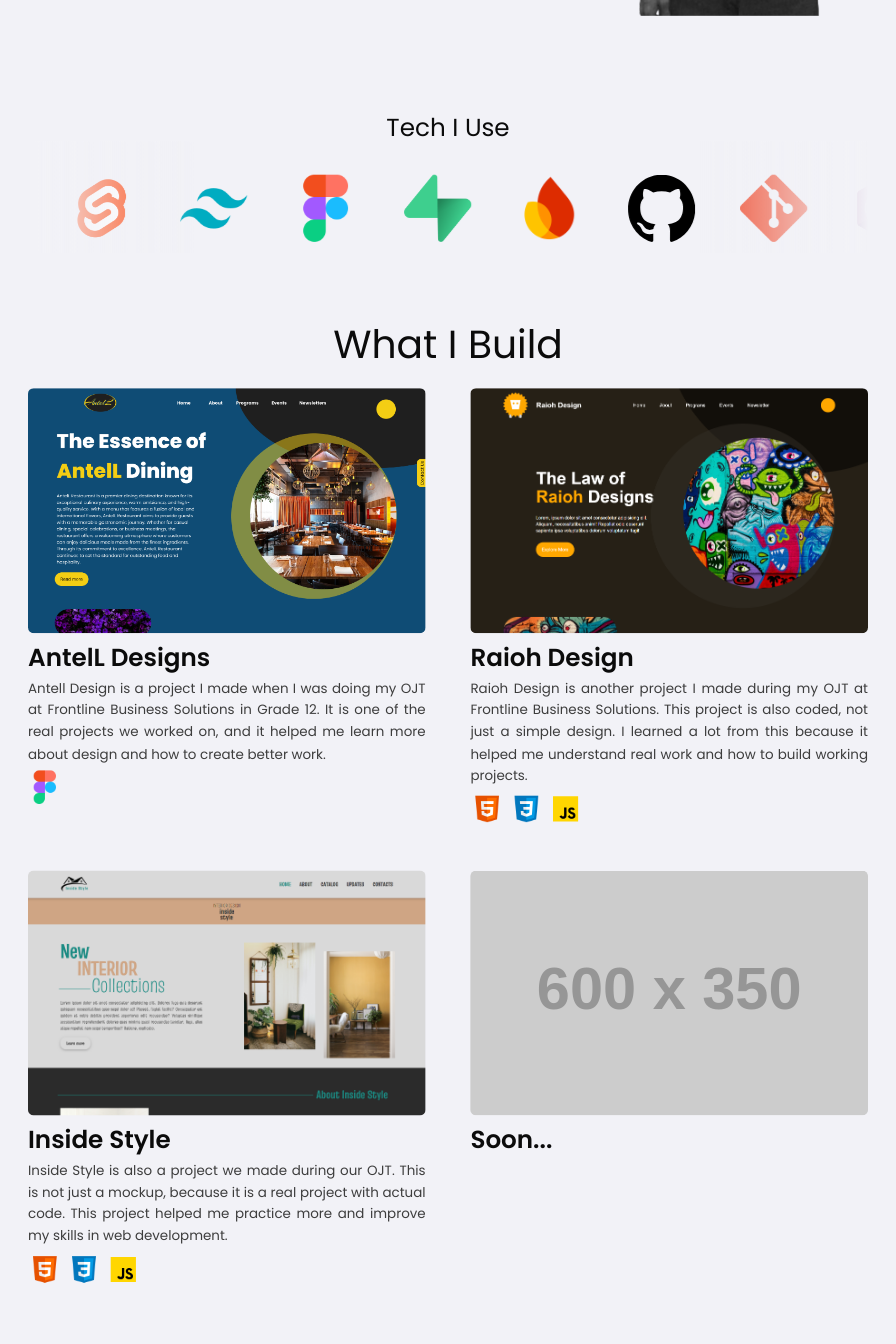
Repository: Latrell26/Portfolio-schoolProject
Page: /
These files come from the project's save history. The page is drawn as it stood at one moment and after the next save; the edit follows.
The browser window is 1280 px wide. The pictures show the part of the page from y = 1371 to 3291 px (the page is 4311 px tall before and 6180 px after), at 70% of full size.
The project was rebuilt for these pictures with package versions that can differ from the ones it lists, and the page was loaded fresh each time. Also part of the build but not shown: svelte.config.js, vite.config.js.

Above is the page before, as saved 2026-01-02 21:45:50.

### index.html
<!doctype html>
<html lang="en">
  <head>
    <meta charset="UTF-8" />
    <link rel="icon" type="image/svg+xml" href="/vite.svg" />
    <meta name="viewport" content="width=device-width, initial-scale=1.0" />
    <title>my-portfolio</title>
    <link rel="preconnect" href="https://fonts.googleapis.com">
<link rel="preconnect" href="https://fonts.gstatic.com" crossorigin>
<link href="https://fonts.googleapis.com/css2?family=Poppins:ital,wght@0,100;0,200;0,300;0,400;0,500;0,600;0,700;0,800;0,900;1,100;1,200;1,300;1,400;1,500;1,600;1,700;1,800;1,900&display=swap" rel="stylesheet">
 <link
    rel="stylesheet"
    href="https://cdnjs.cloudflare.com/ajax/libs/font-awesome/6.5.0/css/all.min.css"
  />
  </head>
  <body>
    <div id="app"></div>
    <script type="module" src="/src/main.js"></script>
  </body>
</html>

### src/app.css
@import "tailwindcss";

@theme {
  --color-dark: var(--dark);
  --color-medyolight: var(--medyolight);
  --color-light: var(--light);
}

:root {
  font-family: poppins;
  line-height: 1.5;
  font-weight: 400;
  color-scheme: light dark;
  color: #0B0B0B;
  background-color: #F2F2F7;
  font-synthesis: none;
  text-rendering: optimizeLegibility;
  -webkit-font-smoothing: antialiased;
  -moz-osx-font-smoothing: grayscale;
  --dark: #0B0B0B;
  --light: #F2F2F7;
  --medyolight: #3D3D3D;
  --light_bg: #F2F2F7;

  --tooltip-bg: var(--dark);
  --tooltip-text: var(--light);
  --tooltip-border: var(--dark);
}

.dark-mode {
  --dark: #0B0B0B;
  --medyolight: #E0E0E0;
  --light: #F2F2F7;
  --light_bg: #0B0B0B;
}

.dark-mode {
  background-color: var(--dark);
  color: var(--light);
  border-top-color: var(--light);
}

html{
  scroll-behavior: smooth;
  transition: color 0.3s ease;

}
h1 {
  font-size: clamp(4rem, 7vw, 8rem);
  font-weight: 700;
  line-height: 1.1;
}
h2 {
  font-size: clamp(2rem, 6vw, 3.5rem);
  line-height: 1.1;
}
h3 {
  font-size: clamp(2rem, 6vw, 2.2rem);
  line-height: 1.1;
}
h4 {
  font-size: clamp(1rem, 6vw, 2rem);
  line-height: 1.1;
}
h5{
  font-size: clamp(2rem, 3vw, 2.5rem);
}
p{
  font-size: clamp(1rem, 6vw, 1.2rem);
  color: var(--medyolight);
}

span{
  color: var(--light);
}

.border-light {
  border-color: transparent;
}
.border-t-light {
  border-top-color: var(--dark);
}

@keyframes slide {
    from {
      transform: translateX(-100%);
    }
    to {
      transform: translateX(0);
    }
  }

### src/App.svelte
<script>
  import svelteLogo from "./assets/svelte.svg";
  import viteLogo from "/vite.svg";
  import NavBar from "./lib/navBar.svelte";
  import Footer from "./lib/footer.svelte";
  import * as img from "./imagedata.js";
  import { projects } from "./lib/arrayObjectsData.js";
  import ProjectCard from "./lib/components-cards.svelte";
  const icons = [
    { src: img.csharplogo, name: "C#" },
    { src: img.csslogo, name: "CSS" },
    { src: img.htmllogo, name: "HTML" },
    { src: img.javalogo, name: "Java" },
    { src: img.jslogo, name: "JavaScript" },
    { src: img.pythonlogo, name: "Python" },
    { src: img.sveltelogo, name: "Svelte" },
    { src: img.tailwindlogo, name: "Tailwind CSS" },
    { src: img.figmalogo, name: "Figma" },
    { src: img.supabaselogo, name: "Supabase" },
    { src: img.firebaselogo, name: "Firebase" },
    { src: img.github, name: "GitHub" },
    { src: img.gitlogo, name: "Git" },
  ];
</script>

<main class="max-w-330 mx-auto pt-2 px-4 lg:px-10 duration-300">
  <NavBar />
  <section
    class="h-screen flex flex-col justify-center items-center text-center"
    id="home"
  >
    <div>
      <h1 class="font-bold">Latrell Cruz</h1>
      <p class=" text-lg max-w-2xl">
        Aspiring Front-End Developer and senior high school student focused on
        building clean, responsive websites.
      </p>
    </div>

    <div class="flex flex-row gap-4 mt-4 justify-center items-center">
      <a href="https://www.facebook.com/share/1Da6x7yam2/">
        <i class="fa-brands fa-facebook text-[2.7rem] hover:text-[#1877F2] duration-300"></i>
      </a>
      <a href="https://www.linkedin.com/in/latrell-cruz-a11975387/">
        <i class="fa-brands fa-linkedin text-[2.8rem] hover:text-[#0A66C2] duration-300"></i>
      </a>
      <a href="https://github.com/Latrell26">
        <i class="fa-brands fa-github text-[2.8rem] duration-300"></i>
      </a>
    </div>
  </section>

  <section class="mb-35 pt-10" id="about">
    <div class="flex flex-wrap justify-between items-center">
      <div class="flex flex-col">
        <h2 class="mb-6">About me</h2>
        <div class="max-w-[50rem] leading-10 flex-1 text-justify">
          <p>
            Hey there! I'm Latrell Cruz from Brgy. San Nicolas, San Pablo City.
            I love making digital experiences that are easy to use and fun to
            interact with.
          </p>
          <p class="mt-4">
            I’m currently a 1st year student at LSPU San Pablo Campus, studying
            Information Technology. I’ve always been interested in technology
            and design, which made me focus on front-end development and UI/UX.
            I enjoy mixing creativity with coding to build websites and apps
            that people like and find useful.
          </p>
          <p class="mt-4">
            I am also part of OCTA, an organization in LSPU, where I belong to
            the Software Engineering as part of the Front-End team.
            Being part of OCTA helps me gain real experience, work with other
            developers, and improve my skills even more.
          </p>
        </div>
      </div>
      <img src={img.me} alt="me" class="hidden xl:block w-auto h-auto" />
    </div>
  </section>
  <section class="mb-5">
    <h3 class="flex justify-center items-center">Tech I Use</h3>
    <div class="relative overflow-hidden py-4 pt-12">
      <div
        class="pointer-events-none absolute inset-0 z-10
          bg-[linear-gradient(to_right,var(--light_bg)_0%,transparent_20%,transparent_80%,var(--light_bg)_100%)]
          "
      ></div>

      <div class="flex animate-[slide_26s_linear_infinite] gap-8 md:gap-16">
  <div class="flex gap-8 md:gap-16 flex-none">
    {#each icons as icon}
      <div class="relative group">
        <img
          src={icon.src}
          alt={icon.name}
          class="flex-none
                 h-12 w-12 sm:h-16 sm:w-16 md:h-24 md:w-24
                 transition-transform duration-300 ease-out
                 group-hover:scale-110 group-hover:-translate-y-2
                 cursor-pointer"
        />

        <span
          class="tooltip absolute bottom-full left-1/2 -translate-x-1/2 mb-3
                 px-3 sm:px-4 py-1 sm:py-2 text-xs sm:text-sm font-medium
                 rounded-lg opacity-0 group-hover:opacity-100
                 pointer-events-none whitespace-nowrap
                 transition-opacity duration-300 ease-out shadow-lg"
        >
          {icon.name}
          <span
            class="absolute top-full left-1/2 -translate-x-1/2
                   border-4 sm:border-8 border-light border-t-light"
          ></span>
        </span>
      </div>
    {/each}
  </div>

  <div class="flex gap-8 md:gap-16 flex-none">
    {#each icons as icon}
      <div class="relative group">
        <img
          src={icon.src}
          alt={icon.name}
          class="flex-none
                 h-12 w-12 sm:h-16 sm:w-16 md:h-24 md:w-24
                 transition-transform duration-300 ease-out
                 group-hover:scale-110 group-hover:-translate-y-2
                 cursor-pointer"
        />

        <span
          class="tooltip absolute bottom-full left-1/2 -translate-x-1/2 mb-3
                 px-3 sm:px-4 py-1 sm:py-2 text-xs sm:text-sm font-medium
                 rounded-lg opacity-0 group-hover:opacity-100
                 pointer-events-none whitespace-nowrap
                 transition-opacity duration-300 ease-out shadow-lg"
        >
          {icon.name}
          <span
            class="absolute top-full left-1/2 -translate-x-1/2
                   border-4 sm:border-8 border-light border-t-light"
          ></span>
        </span>
      </div>
    {/each}
  </div>
</div>

      </div>
  </section>

  <section class="mb-70 pt-20" id="projects">
    <h2 class="text-center mb-8">What I Build</h2>
    <div class="flex flex-wrap justify-center">
      <div class="grid grid-cols-1 lg:grid-cols-2 gap-16">
        {#each projects as project}
          <ProjectCard
            image={project.image}
            title={project.title}
            text={project.text}
            logo={project.logo || []}
            url={project.url}
          />
        {/each}
      </div>
    </div>
  </section>
  <section id="contact" class="pt-20">
    <Footer />
  </section>
</main>

<style>
  .tooltip {
    background-color: #0b0b0b;
    color: #f2f2f7;
    border-color: #0b0b0b;
  }

  .tooltip span {
    border-top-color: #0b0b0b;
  }

  :global(.dark-mode) .tooltip {
    background-color: #f2f2f7;
    color: #0b0b0b;
    border-color: #f2f2f7;
  }

  :global(.dark-mode) .tooltip span {
    border-top-color: #f2f2f7;
  }
</style>

### src/lib/footer.svelte
    <script>
    import * as img from "../imagedata.js";
    </script>

    <footer class="" >
    <div class="max-w-7xl mx-auto">

        <div class="max-w-2xl">

        <h2 class="">Let's work together</h2>

        <form class="mt-10 space-y-8">
            <div>
            <p class="">Name</p>
            <input
                type="text"
                required
                placeholder="Yourname"
                class="w-full px-0 py-2 bg-transparent border-b-2
                    focus:outline-none
                    placeholder-medyolight"
            />
            </div>

            <div>
            <p class="">Email</p>
            <input
                type="email"
                required
                placeholder="your.email@example.com"
                class="w-full px-0 py-2 bg-transparent border-b-2
                    focus:outline-none
                    placeholder-medyolight"
            />
            </div>
            <div>
            <p class="">Message</p>
            <textarea
                required
                rows="3"
                placeholder="Say hello..."
                class="w-full px-0 py-2 bg-transparent border-b-2
                    focus:outline-none
                    resize-none placeholder-medyolight"
            ></textarea>
            </div>

            <button
            type="submit"
            class="px-8 py-4 bg-dark rounded-lg text-light cursor-pointer hover:bg-light border-1  hover:text-dark duration-400 ease-out"
            >
            Send message
            </button>
        </form>

        <div class="flex flex-row items-center gap-4 mt-16">
            <a
            href="https://www.facebook.com/share/1Da6x7yam2/"
            >
            <i class="fa-brands fa-facebook text-[2.2rem] hover:text-[#1877F2] duration-300"></i>

            </a>
            <a
            href="https://www.linkedin.com/in/latrell-cruz-a11975387/"
            >
            <i class="fa-brands fa-linkedin text-[2.3rem] hover:text-[#0A66C2] duration-300"></i>

            </a>
            <a
            href="https://github.com/Latrell26"
            >
            <i class="fa-brands fa-github text-[2.3rem] duration-300"></i>
            </a>
        </div>


        <div class="mt-16 mb-8">
            <h6 class="text-sm text-medyolight">© 2025 Latrell Cruz. All rights reserved.</h6>
        </div>

        </div>
    </div>
    </footer>

### src/lib/components-cards.svelte
<script>
    export let image = "";
    export let title = "";
    export let text = "";
    export let logo = [];
    export let url = "#";

    let isDisabled = title === "Soon...";
</script>

<div class="group">
    <a
        href={isDisabled ? "#" : url}
        target="_blank"
        rel="noopener noreferrer"
        class={`block ${isDisabled ? 'pointer-events-none cursor-not-allowed' : ''}`}
    >
        <div class="mb-4 relative rounded-lg overflow-hidden">
            <div>
                <img
                    src={image}
                    alt={title}
                    class={`w-[600px] h-[350px] object-cover transition-transform duration-400 ease-out
                        ${isDisabled ? '' : 'group-hover:scale-104 cursor-pointer'}`}
                />

                <div class={`absolute inset-0
                            ${isDisabled ? 'opacity-0' : 'opacity-0 group-hover:opacity-100'}
                            transition-opacity duration-400 ease-out
                            backdrop-blur-sm
                            bg-white/5
                            flex items-end justify-center pb-8
                            pointer-events-none`}
                >
                    {#if !isDisabled}
                    <div class="bg-white/20 backdrop-blur-lg rounded-xl px-6 py-2 border border-white/30 shadow-xl
                                translate-y-4 group-hover:translate-y-0 transition-transform duration-400 ease-out">
                        <p class=" tracking-wide drop-shadow-lg">
                            <span>View project →</span>

                        </p>
                    </div>
                    {/if}
                </div>
            </div>
        </div>
    </a>

    <div>
        <h3 class="font-semibold mb-2">
            {title}
        </h3>

        <p class="leading-relaxed mb-2 max-w-[37rem] text-justify">
            {text}
        </p>

        <div class="flex gap-2 flex-wrap">
            {#each logo as icon}
                <img
                    src={icon}
                    alt="tech icon"
                    class="w-10 h-10 md:w-12 md:h-12 object-contain"
                />
            {/each}
        </div>
    </div>
</div>

Loaded but not shown: src/main.js (common file); src/imagedata.js (51 lines, source omitted); src/lib/arrayObjectsData.js (30 lines, source omitted); src/lib/navBar.svelte (172 lines, source omitted)

After the next save:
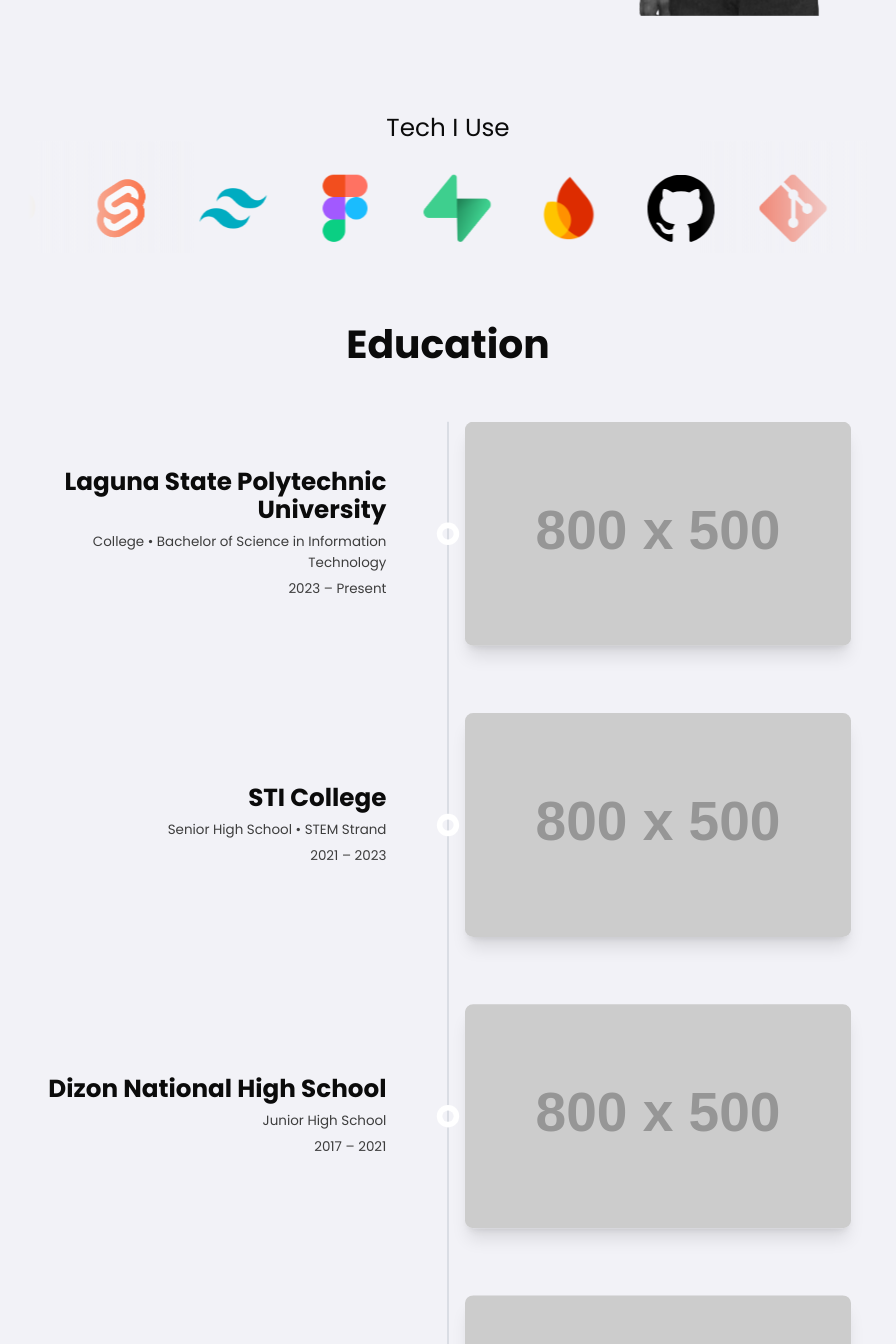
Saved 4 min 8 s later.
--- a/src/App.svelte
+++ b/src/App.svelte
@@ -151,7 +151,107 @@
 
       </div>
   </section>
-
+  <!-- Education Timeline Section -->
+<section id="education" class="py-20 px-6">
+    <div class="max-w-6xl mx-auto">
+        <h2 class="text-center text-4xl md:text-5xl font-bold mb-20">Education</h2>
+
+        <div class="relative">
+            <!-- Vertical line sa gitna -->
+            <div class="absolute left-1/2 transform -translate-x-1/2 w-0.5 bg-gray-300 dark:bg-gray-700 h-full hidden lg:block"></div>
+
+            <!-- Timeline Entries (Text LEFT, Image RIGHT for all) -->
+            <div class="space-y-24">
+
+                <!-- College -->
+                <div class="grid grid-cols-1 lg:grid-cols-2 gap-12 items-center">
+                    <div class="text-left lg:text-right lg:pr-16">
+                        <h3 class="text-2xl md:text-3xl font-bold">Laguna State Polytechnic University</h3>
+                        <p class="mt-3 text-lg">College • Bachelor of Science in Information Technology</p>
+                        <p class="mt-2 text-gray-600 dark:text-gray-400">2023 – Present</p>
+                    </div>
+
+                    <div class="order-first lg:order-last">
+                        <div class="rounded-xl shadow-xl overflow-hidden">
+                            <img
+                                src="https://via.placeholder.com/800x500/4f46e5/ffffff?text=LSPU+Campus"
+                                alt="Laguna State Polytechnic University"
+                                class="w-full h-80 object-cover"
+                            />
+                        </div>
+                    </div>
+
+                    <!-- Dot marker -->
+                    <div class="hidden lg:block absolute left-1/2 transform -translate-x-1/2 w-4 h-4 bg-primary rounded-full ring-8 ring-white dark:ring-gray-900"></div>
+                </div>
+
+                <!-- Senior High School -->
+                <div class="grid grid-cols-1 lg:grid-cols-2 gap-12 items-center">
+                    <div class="text-left lg:text-right lg:pr-16">
+                        <h3 class="text-2xl md:text-3xl font-bold">STI College</h3>
+                        <p class="mt-3 text-lg">Senior High School • STEM Strand</p>
+                        <p class="mt-2 text-gray-600 dark:text-gray-400">2021 – 2023</p>
+                    </div>
+
+                    <div class="order-first lg:order-last">
+                        <div class="rounded-xl shadow-xl overflow-hidden">
+                            <img
+                                src="https://via.placeholder.com/800x500/10b981/ffffff?text=STI+College"
+                                alt="STI College"
+                                class="w-full h-80 object-cover"
+                            />
+                        </div>
+                    </div>
+
+                    <div class="hidden lg:block absolute left-1/2 transform -translate-x-1/2 w-4 h-4 bg-primary rounded-full ring-8 ring-white dark:ring-gray-900"></div>
+                </div>
+
+                <!-- Junior High School -->
+                <div class="grid grid-cols-1 lg:grid-cols-2 gap-12 items-center">
+                    <div class="text-left lg:text-right lg:pr-16">
+                        <h3 class="text-2xl md:text-3xl font-bold">Dizon National High School</h3>
+                        <p class="mt-3 text-lg">Junior High School</p>
+                        <p class="mt-2 text-gray-600 dark:text-gray-400">2017 – 2021</p>
+                    </div>
+
+                    <div class="order-first lg:order-last">
+                        <div class="rounded-xl shadow-xl overflow-hidden">
+                            <img
+                                src="https://via.placeholder.com/800x500/f59e0b/ffffff?text=Dizon+High+School"
+                                alt="Dizon National High School"
+                                class="w-full h-80 object-cover"
+                            />
+                        </div>
+                    </div>
+
+                    <div class="hidden lg:block absolute left-1/2 transform -translate-x-1/2 w-4 h-4 bg-primary rounded-full ring-8 ring-white dark:ring-gray-900"></div>
+                </div>
+
+                <!-- Elementary -->
+                <div class="grid grid-cols-1 lg:grid-cols-2 gap-12 items-center">
+                    <div class="text-left lg:text-right lg:pr-16">
+                        <h3 class="text-2xl md:text-3xl font-bold">San Pablo Central School</h3>
+                        <p class="mt-3 text-lg">Elementary</p>
+                        <p class="mt-2 text-gray-600 dark:text-gray-400">2011 – 2017</p>
+                    </div>
+
+                    <div class="order-first lg:order-last">
+                        <div class="rounded-xl shadow-xl overflow-hidden">
+                            <img
+                                src="https://via.placeholder.com/800x500/ef4444/ffffff?text=San+Pablo+Central+School"
+                                alt="San Pablo Central School"
+                                class="w-full h-80 object-cover"
+                            />
+                        </div>
+                    </div>
+
+                    <div class="hidden lg:block absolute left-1/2 transform -translate-x-1/2 w-4 h-4 bg-primary rounded-full ring-8 ring-white dark:ring-gray-900"></div>
+                </div>
+
+            </div>
+        </div>
+    </div>
+</section>
   <section class="mb-70 pt-20" id="projects">
     <h2 class="text-center mb-8">What I Build</h2>
     <div class="flex flex-wrap justify-center">
